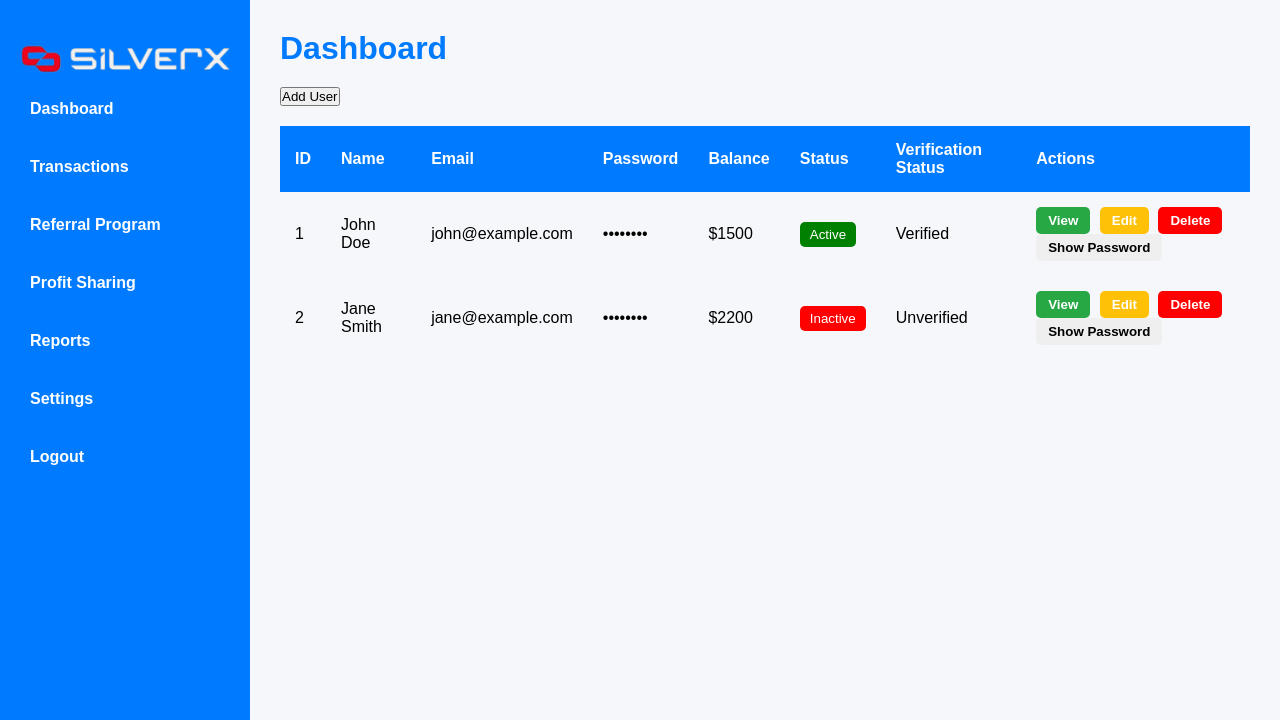
Repository: 2025silverx/slivedrX
Page: index.html
These files come from the project's save history. The page is drawn as it stood at one moment and after the next save; the edit follows.
The browser window is 1280 px wide. The pictures show the whole page.
After loading, the first visible `button.add-user-btn` was clicked once.

Above is the page before, as saved 2025-01-19 13:32:37.

### index.html
<!DOCTYPE html>
<html lang="en">
<head>
    <meta charset="UTF-8">
    <meta name="viewport" content="width=device-width, initial-scale=1.0">
    <title>Admin Panel - Users</title>
    <link rel="stylesheet" href="style.css">
    <style>
        .status-btn {
            padding: 5px 10px;
            border: none;
            border-radius: 5px;
            cursor: pointer;
            color: white;
        }

        .status-btn.active {
            background-color: green;
        }

        .status-btn.inactive {
            background-color: red;
        }

        /* Red color for delete button */
        .action-btn.delete {
            background-color: red;
            color: white;
            border: none;
            border-radius: 5px;
            cursor: pointer;
        }

        .action-btn.delete:hover {
            background-color: darkred;
        }

        .edit-form {
            display: none;
            margin-top: 20px;
            padding: 20px;
            border: 1px solid #ccc;
            border-radius: 5px;
            background-color: #f9f9f9;
        }

        .edit-form input {
            margin-bottom: 10px;
            padding: 8px;
            width: 100%;
            border: 1px solid #ccc;
            border-radius: 5px;
        }

        .edit-form button {
            padding: 8px 15px;
            background-color: blue;
            color: white;
            border: none;
            border-radius: 5px;
            cursor: pointer;
        }

        .edit-form button:hover {
            background-color: darkblue;
        }

        /* Keep the page layout consistent */
        .main-content {
            position: relative;
        }
    </style>
</head>

<body>
    <div id="sidebar-container">
        <div class="sidebar">
            <img src="images/logo.png" alt="Sidebar Logo" class="sidebar-logo">
            <ul class="sidebar-links">
                <li><a href="index.html" class="sidebar-link" data-target="dashboard">Dashboard</a></li>
                <li><a href="index2.html" class="sidebar-link" data-target="transactions">Transactions</a></li>
                <li><a href="indesx3.html" class="sidebar-link" data-target="reports">Referral Program</a></li>
                <li><a href="index4.html" class="sidebar-link" data-target="users">Profit Sharing</a></li>
                <li><a href="index5.html" class="sidebar-link" data-target="reports">Reports</a></li>
                <li><a href="setting.html" class="sidebar-link" data-target="settings">Settings</a></li>
                <li><a href="login.html" class="sidebar-link" data-target="logout">Logout</a></li>
            </ul>
        </div>
    </div>

    <div class="main-content">
        <h1>Dashboard</h1>
        <button onclick="addUser()" class="add-user-btn">Add User</button>
        <table>
            <thead>
                <tr>
                    <th>ID</th>
                    <th>Name</th>
                    <th>Email</th>
                    <th>Password</th>
                    <th>Balance</th>
                    <th>Status</th>
                    <th>Verification Status</th>
                    <th>Actions</th>
                </tr>
            </thead>
            <tbody id="userTable">
                <tr>
                    <td>1</td>
                    <td>John Doe</td>
                    <td>john@example.com</td>
                    <td>••••••••</td>
                    <td>$1500</td>
                    <td><button class="status-btn active" onclick="toggleStatus(this)">Active</button></td>
                    <td>Verified</td>
                    <td>
                        <button class="action-btn view" onclick="viewUser(1)">View</button>
                        <button class="action-btn edit" onclick="editUser(1)">Edit</button>
                        <button class="action-btn delete" onclick="deleteUser(1)">Delete</button>
                        <button class="action-btn show-password" onclick="showPassword(this, 'password1')">Show Password</button>
                    </td>
                </tr>
                <tr>
                    <td>2</td>
                    <td>Jane Smith</td>
                    <td>jane@example.com</td>
                    <td>••••••••</td>
                    <td>$2200</td>
                    <td><button class="status-btn inactive" onclick="toggleStatus(this)">Inactive</button></td>
                    <td>Unverified</td>
                    <td>
                        <button class="action-btn view" onclick="viewUser(2)">View</button>
                        <button class="action-btn edit" onclick="editUser(2)">Edit</button>
                        <button class="action-btn delete" onclick="deleteUser(2)">Delete</button>
                        <button class="action-btn show-password" onclick="showPassword(this, 'password2')">Show Password</button>
                    </td>
                </tr>
                <!-- Additional rows can be dynamically added here -->
            </tbody>
        </table>

        <!-- Edit User Form -->
        <div id="edit-form-container" class="edit-form">
            <h2>Edit User</h2>
            <form id="edit-form">
                <input type="text" id="edit-name" placeholder="Name" required>
                <input type="email" id="edit-email" placeholder="Email" required>
                <input type="password" id="edit-password" placeholder="Password" required>
                <input type="number" id="edit-balance" placeholder="Balance" required>
                <button type="submit">Save Changes</button>
            </form>
        </div>
    </div>

    <script>
        function addUser() {
            // Implement the logic to add a new user
            alert('Add User button clicked.');
        }

        function viewUser(id) {
            alert(`Viewing details for User ID: ${id}`);
        }

        function editUser(id) {
            // Open the edit form and populate it with user data
            const name = document.getElementById('edit-name');
            const email = document.getElementById('edit-email');
            const password = document.getElementById('edit-password');
            const balance = document.getElementById('edit-balance');

            // For simplicity, let's assume data is fetched here
            name.value = `User ${id}`;
            email.value = `user${id}@example.com`;
            password.value = '••••••••'; // Add a mechanism to retrieve the actual password
            balance.value = 1500;

            // Show the form without shifting the page layout
            document.getElementById('edit-form-container').style.display = 'block';
        }

        function deleteUser(id) {
            const confirmDelete = confirm(`Are you sure you want to delete User ID: ${id}?`);
            if (confirmDelete) {
                alert(`User ID: ${id} deleted.`);
            }
        }

        function toggleStatus(button) {
            if (button.classList.contains('active')) {
                button.classList.remove('active');
                button.classList.add('inactive');
                button.textContent = 'Inactive';
            } else {
                button.classList.remove('inactive');
                button.classList.add('active');
                button.textContent = 'Active';
            }
        }

        function showPassword(button, passwordId) {
            const passwordCell = button.closest('tr').querySelector('td:nth-child(4)');
            if (button.textContent === 'Show Password') {
                passwordCell.textContent = 'examplePassword'; // Replace with actual password logic
                button.textContent = 'Hide Password';
            } else {
                passwordCell.textContent = '••••••••';
                button.textContent = 'Show Password';
            }
        }

        // Optional: Submit form handler
        document.getElementById('edit-form').addEventListener('submit', function (event) {
            event.preventDefault();
            alert('Changes saved!');
            document.getElementById('edit-form-container').style.display = 'none';
        });
    </script>
</body>
</html>

### style.css
/* Reset some default styles */
* {
    margin: 0;
    padding: 0;
    box-sizing: border-box;
}

/* Body and container styles */
body {
    font-family: Arial, sans-serif;
    display: flex;
    height: 100vh;
    background-color: #f5f7fa;
}

/* Sidebar styles */
.sidebar {
    width: 250px;
    background-color: #007bff;
    color: white;
    padding: 20px;
    display: flex;
    flex-direction: column;
    position: sticky;
    top: 0;
    height: 100vh;
    /* Remove any margin or padding at the side */
    margin-right: 0;
}

/* Sidebar heading */
.sidebar h2 {
    margin-bottom: 20px;
    text-align: center;
}

/* Sidebar links */
.sidebar-links {
    list-style: none;
}

.sidebar-links li {
    margin-bottom: 20px; /* Increased margin for better spacing */
}

.sidebar-links a {
    text-decoration: none;
    color: white;
    font-weight: bold;
    display: block;
    padding: 10px;
    font-size: 16px;
    transition: color 0.3s ease;
}

.sidebar-links a:hover {
    color: #f0f0f0; /* Light gray on hover */
}

.sidebar-links a:active {
    color: #ff6347; /* Red color on click */
}

/* Main content area */
.main-content {
    flex: 1;
    padding: 30px;
    overflow-y: auto;
}

h1 {
    color: #007bff;
    margin-bottom: 20px;
}

/* Table styles */
table {
    width: 100%;
    border-collapse: collapse;
    margin-top: 20px;
}

th, td {
    padding: 15px;
    text-align: left;
}

th {
    background-color: #007bff;
    color: white;
}

td {
    background-color: #f5f7fa;
}

.action-btn {
    padding: 6px 12px;
    border: none;
    cursor: pointer;
    border-radius: 5px;
    margin-right: 5px;
    font-weight: bold;
}

.action-btn.view {
    background-color: #28a745;
    color: white;
}

.action-btn.view:hover {
    background-color: #218838;
}

.action-btn.block {
    background-color: #dc3545;
    color: white;
}

.action-btn.block:hover {
    background-color: #c82333;
}

.action-btn.edit {
    background-color: #ffc107;
    color: white;
}

.action-btn.edit:hover {
    background-color: #e0a800;
}

/* Responsive styles */
@media (max-width: 768px) {
    .sidebar {
        width: 200px;
    }

    .main-content {
        padding: 20px;
    }

    table {
        font-size: 14px;
    }

    th, td {
        padding: 10px;
    }
}

@media (max-width: 480px) {
    .sidebar {
        width: 100%;
        position: static;
    }

    .main-content {
        margin-top: 20px;
    }

    table {
        font-size: 12px;
    }
}

After the next save:
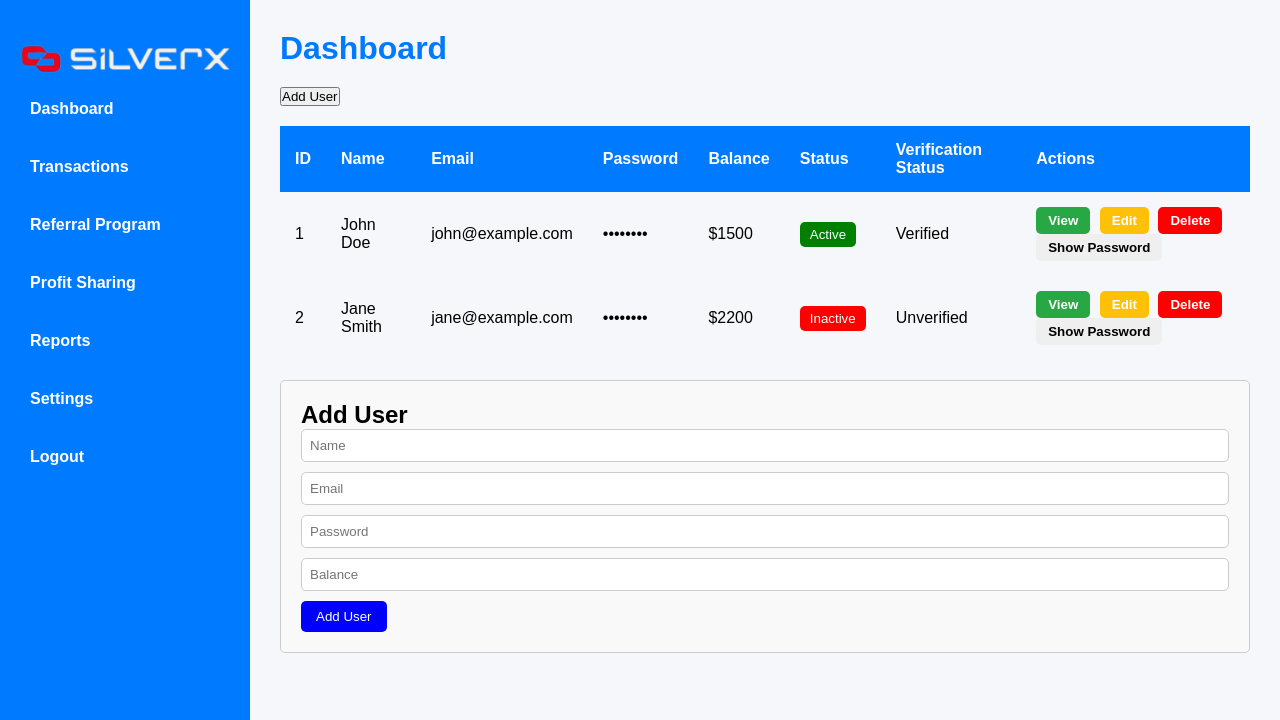
Saved 2 min 1 s later.
--- a/index.html
+++ b/index.html
@@ -35,7 +35,8 @@
             background-color: darkred;
         }
 
-        .edit-form {
+        .edit-form,
+        .add-form {
             display: none;
             margin-top: 20px;
             padding: 20px;
@@ -44,7 +45,8 @@
             background-color: #f9f9f9;
         }
 
-        .edit-form input {
+        .edit-form input,
+        .add-form input {
             margin-bottom: 10px;
             padding: 8px;
             width: 100%;
@@ -52,7 +54,8 @@
             border-radius: 5px;
         }
 
-        .edit-form button {
+        .edit-form button,
+        .add-form button {
             padding: 8px 15px;
             background-color: blue;
             color: white;
@@ -61,7 +64,8 @@
             cursor: pointer;
         }
 
-        .edit-form button:hover {
+        .edit-form button:hover,
+        .add-form button:hover {
             background-color: darkblue;
         }
 
@@ -90,7 +94,7 @@
 
     <div class="main-content">
         <h1>Dashboard</h1>
-        <button onclick="addUser()" class="add-user-btn">Add User</button>
+        <button onclick="showAddUserForm()" class="add-user-btn">Add User</button>
         <table>
             <thead>
                 <tr>
@@ -150,11 +154,29 @@
                 <button type="submit">Save Changes</button>
             </form>
         </div>
+
+        <!-- Add User Form -->
+        <div id="add-form-container" class="add-form">
+            <h2>Add User</h2>
+            <form id="add-form">
+                <input type="text" id="add-name" placeholder="Name" required>
+                <input type="email" id="add-email" placeholder="Email" required>
+                <input type="password" id="add-password" placeholder="Password" required>
+                <input type="number" id="add-balance" placeholder="Balance" required>
+                <button type="submit">Add User</button>
+            </form>
+        </div>
     </div>
 
     <script>
+        function showAddUserForm() {
+            // Hide the Edit form and show the Add form
+            document.getElementById('edit-form-container').style.display = 'none';
+            document.getElementById('add-form-container').style.display = 'block';
+        }
+
         function addUser() {
-            // Implement the logic to add a new user
+            // Implement logic to add the user to the system
             alert('Add User button clicked.');
         }
 
@@ -175,8 +197,9 @@
             password.value = '••••••••'; // Add a mechanism to retrieve the actual password
             balance.value = 1500;
 
-            // Show the form without shifting the page layout
+            // Show the form
             document.getElementById('edit-form-container').style.display = 'block';
+            document.getElementById('add-form-container').style.display = 'none';
         }
 
         function deleteUser(id) {
@@ -209,7 +232,14 @@
             }
         }
 
-        // Optional: Submit form handler
+        // Optional: Submit form handler for Add User
+        document.getElementById('add-form').addEventListener('submit', function (event) {
+            event.preventDefault();
+            alert('New user added!');
+            document.getElementById('add-form-container').style.display = 'none';
+        });
+
+        // Optional: Submit form handler for Edit User
         document.getElementById('edit-form').addEventListener('submit', function (event) {
             event.preventDefault();
             alert('Changes saved!');
